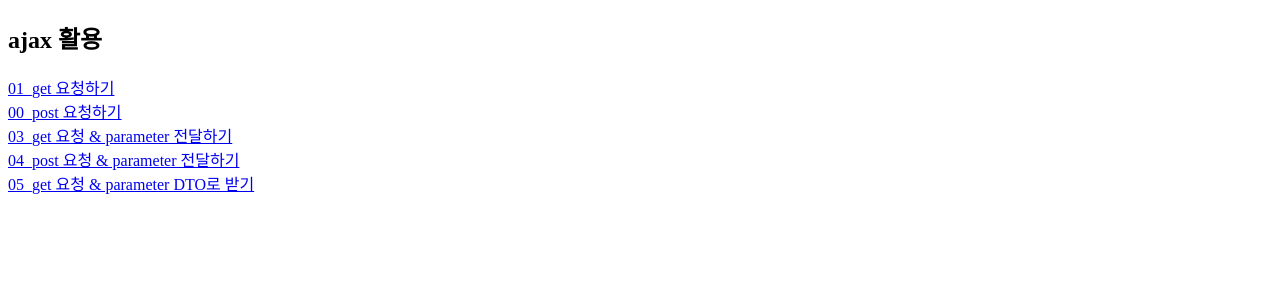
Repository: kiyongee2/web_qbit
Page: http://localhost/index
An editor plug-in stored every save of this project. The page is shown before and after the next save, followed by the edit.
The browser window is 1280 px wide. The pictures show the whole page.
The page is this project's Thymeleaf template; nobody is signed in. The template is opened directly, without the code that normally fills it, so the values that code supplies are empty.

Above is the page before, as saved 2025-09-08 09:52:12.

### springworks/ajax-test/src/main/resources/templates/index.html
<!DOCTYPE html>
<html>
<head>
<meta charset="UTF-8">
<title>Home..</title>
<style type="text/css">
	a{
		display: block;
	}
</style>
</head>
<body>
	<h2>ajax 활용</h2>
	<a href="/ajax-ex-01">01_get 요청하기</a>
	<a href="/ajax-ex-02">00_post 요청하기</a>
	<a href="/ajax-ex-03">03_get 요청 & parameter 전달하기</a>
	<a href="/ajax-ex-04">04_post 요청 & parameter 전달하기</a>
	<a href="/ajax-ex-05">05_get 요청 & parameter DTO로 받기</a>
</body>
</html>

After the next save:
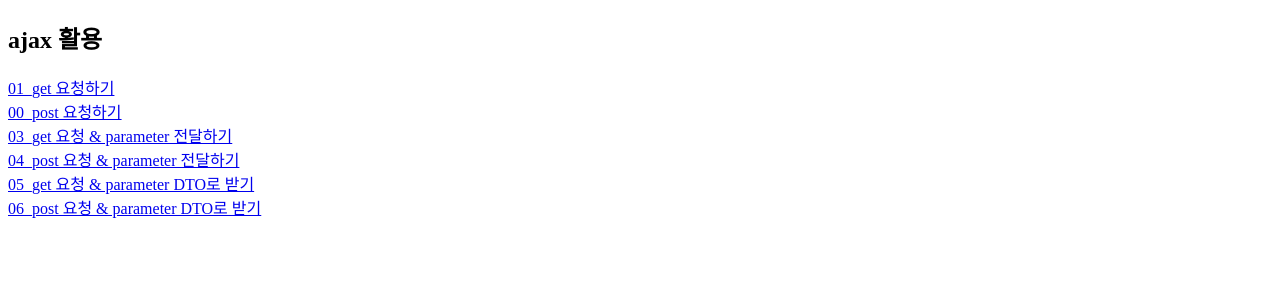
Saved 3 min 18 s later.
--- a/springworks/ajax-test/src/main/resources/templates/index.html
+++ b/springworks/ajax-test/src/main/resources/templates/index.html
@@ -16,5 +16,6 @@
 	<a href="/ajax-ex-03">03_get 요청 & parameter 전달하기</a>
 	<a href="/ajax-ex-04">04_post 요청 & parameter 전달하기</a>
 	<a href="/ajax-ex-05">05_get 요청 & parameter DTO로 받기</a>
+	<a href="/ajax-ex-06">06_post 요청 & parameter DTO로 받기</a>
 </body>
 </html>
